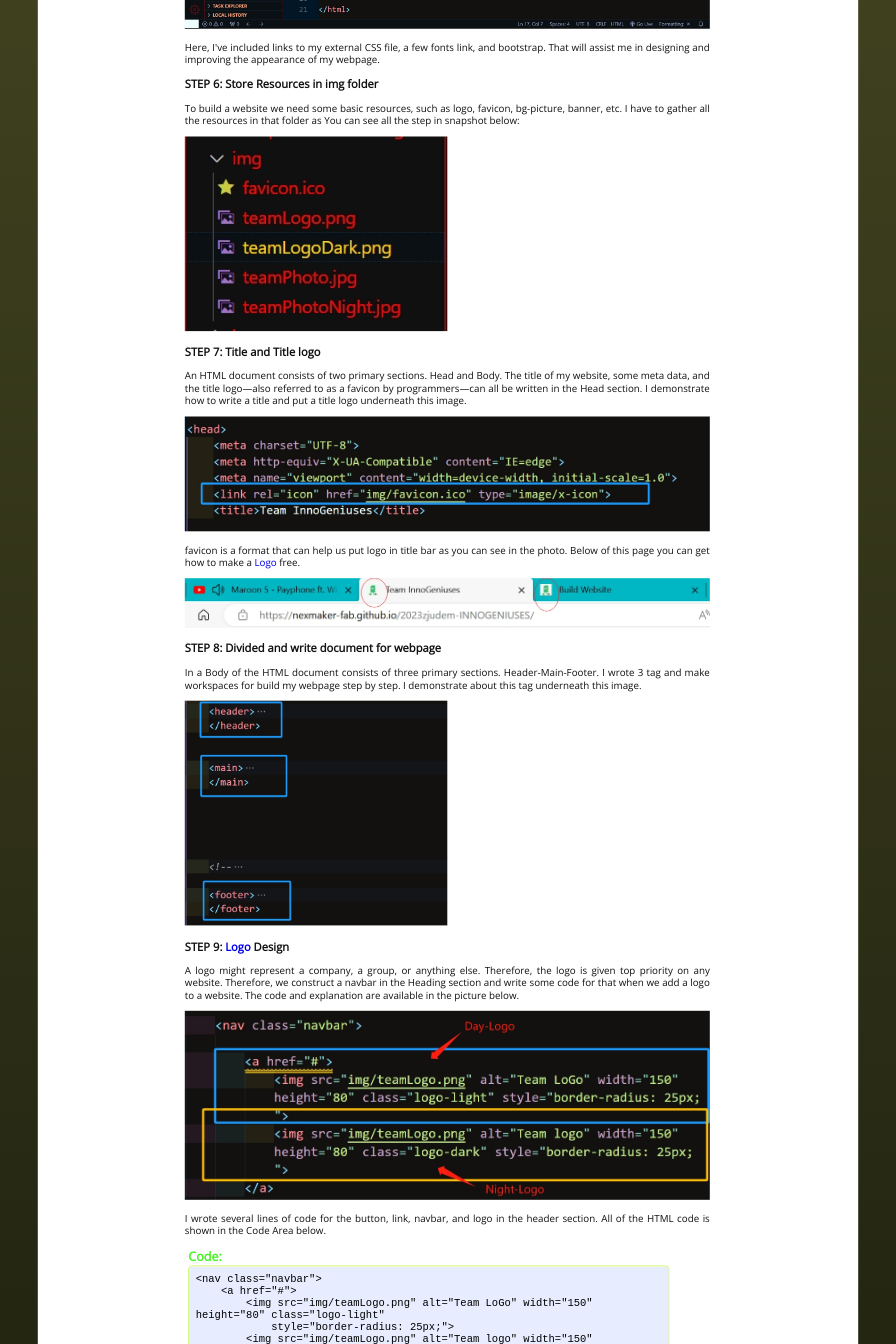
Repository: NexMaker-Fab/2023zjudem-INNOGENIUSES
Page: build web/page1.html
The author's editor kept a copy of each file at every save. The page is drawn from the files as they stood at one save, then again after the next save.
The browser window is 1280 px wide. The pictures show the part of the page from y = 4580 to 6500 px (the page is 12261 px tall), at 70% of full size.
An inner scrolling area shows only its first screen.

Above is the page before, as saved 2023-11-27 23:30:06.

### build web/page1.html
<!DOCTYPE html>
<html lang="en">

<head>
    <meta charset="utf-8">
    <meta http-equiv="X-UA-Compatible" content="IE=edge">
    <link rel="icon" href="img/favicon.ico" type="image/x-icon">
    <title>Build Website</title>
    <meta name="viewport" content="width=device-width, initial-scale=1">
    <!-- <meta name="Description" lang="en" content="open source x/html and css templates"> -->
    <meta name="author" content="mlp design">
    <meta name="robots" content="index, follow">
    <link rel="stylesheet" href="styles.css">
</head>

<body>
    <!--start wrapper-->
    <div id="wrapper">

        <!--start body-->
        <div id="body">

            <!--start header-->
            <div id="banner">
                <h1>HOW TO BUILD <em>WEB</em> </h1>
                <p></p>
                <!-- menu -->
                <label for="show-menu" class="responsive">&#9776;</label>
                <input type="checkbox" id="show-menu" role="button">
                <ul id="topnav">
                    <!-- <li><a class="active">Home</a></li> -->

                </ul>
                <!-- end menu -->
            </div>
            <!--end of header-->
            <!--start sidebar-->
            <div id="sidebar">
                <h2>GitHub</h2>
                <p>GitHub, is a platform and cloud-based service for software development and version control using Git, allowing developers to store and manage their code. It provides the distributed version control of Git plus access control, bug tracking,
                    software feature requests, task management, continuous integration, and wikis for every project. Headquartered in California, it has been a subsidiary of Microsoft since 2018. It is commonly used to host open source software development
                    projects.As of January 2023, GitHub reported having over 100 million developers and more than 372 million repositories, including at least 28 million public repositories.</p>

                <h2>Visual Studio Code</h2>
                <p>Visual Studio Code, also commonly referred to as VS Code,[12] is a source-code editor made by Microsoft with the Electron Framework, for Windows, Linux and macOS.[13] Features include support for debugging, syntax highlighting, intelligent
                    code completion, snippets, code refactoring, and embedded Git. Users can change the theme, keyboard shortcuts, preferences, and install extensions that add functionality. In the Stack Overflow 2023 Developer Survey, Visual Studio Code
                    was ranked the most popular developer environment tool among 86,544 respondents, with 73.71% reporting that they use it. It increased its use among those learning to code versus those developing as a profession (78% vs. 74%). </p>
            </div>
            <div class="clear"></div>
            <!--end of sidebar-->

            <!--start containter-->
            <div id="container">

                <!--start content-->
                <div id="content">
                    <!--post item-->
                    <div class="item">
                        <h3>STEP1: Prepare</h3>
                        <p>Setting up all essential tools for constructing the webpage:</p>

                        <ul>
                            <li><a href="https://git-scm.com/downloads">Git</a></li>
                            <li><a href="https://github.com">GitHub</a> </li>
                            <li><a href="https://desktop.github.com">GitHub desktop</a> </li>
                            <li><a href="https://code.visualstudio.com">VScode</a></li>
                            <li><a href="https://nodejs.org/en/about">Nodejs</a> </li>
                        </ul>

                        <h3>STEP 2: Pointers</h3>
                        <p>Visit <a href="https://github.com">Github</a> to create a repository; if needed, sign up. Once there, make your repository and set it Public so it's accessible to online users. Remember to add a README file—it's the place for a
                            detailed project description.
                        </p>
                        <img src="img/Create Repo 1.png" <figure>
                        <p>
                            <b>Note:</b>In this image repository, the owner is identified as aminal333. However, when working within an organization, the organization's name should be displayed instead.

                        </p>
                        </figure>

                        <img src="img/Create repo 2.png" <figure>
                        <p></p>
                        </figure>

                        <img src="img/git page.jpg" <figure>


                        </figure>

                        <h3>STEP 3: Local Settings</h3>
                        <p>Open GitHub Desktop, clone the repository you've created before, and then proceed to open it in Visual Studio Code.</p>
                        <img src="img/gitclone1.png" <figure>
                        <p> </p>
                        </figure>
                        <img src="img/clone open vs.png" <figure>
                        <p>Access the cloned repository from your local storage system using Visual Studio Code</p>
                        </figure>

                        <!-- Ramiz update-->

                        <h3>STEP 4: Live Server Extension</h3>
                        <p>Go to visual studio extention secsion, search live server and click install it. This extesion help to observe new change on your webpage when you change something in your code. You can see the exension installation image below:
                        </p>
                        <img src="img/Live Server.png" alt="description photo" style="width:100%; height: fit-content;">

                        <h2 style="font-weight: bolder;">How to write the website document</h2>

                        <h3>STEP 5: Make folder and file for writing code to build a website</h3>
                        <p>Open VS Code and open clone repository folder. Create a html file, a css file & a JS file. Create a folder for image resources. After that go to the html file which is named index.html and write some basic html documents. You can
                            see all the step in snapshot below:
                        </p>
                        <img src="img/bw1.png" alt="description photo" style="width:100%; height: fit-content;">
                        <p>
                            Here, I've included links to my external CSS file, a few fonts link, and bootstrap. That will assist me in designing and improving the appearance of my webpage.
                        </p>

                        <h3>STEP 6: Store Resources in img folder</h3>
                        <p>To build a website we need some basic resources, such as logo, favicon, bg-picture, banner, etc. I have to gather all the resources in that folder as You can see all the step in snapshot below:
                        </p>
                        <img src="img/bw2.png" alt="description photo" style="width:50%; height: 100%;">

                        <h3>STEP 7: Title and Title logo</h3>
                        <p>An HTML document consists of two primary sections. Head and Body. The title of my website, some meta data, and the title logo—also referred to as a favicon by programmers—can all be written in the Head section. I demonstrate how
                            to write a title and put a title logo underneath this image.
                        </p>
                        <img src="img/bw3.png" alt="description photo" style="width:100%; height: fit-content;">
                        <p>
                            favicon is a format that can help us put logo in title bar as you can see in the photo. Below of this page you can get how to make a <a href="#logoCreate">Logo</a> free.
                        </p>
                        <img src="img/title logo.png" alt="description photo" style="width:100%; height: 100%;">
                        <h3>STEP 8: Divided and write document for webpage</h3>
                        <p>In a Body of the HTML document consists of three primary sections. Header-Main-Footer. I wrote 3 tag and make workspaces for build my webpage step by step. I demonstrate about this tag underneath this image.
                        </p>
                        <img src="img/bw4.png" alt="description photo" style="width:50%; height:fit-content;">
                        <h3>STEP 9: <a href="#BuildLogo">Logo</a> Design</h3>
                        <p>A logo might represent a company, a group, or anything else. Therefore, the logo is given top priority on any website. Therefore, we construct a navbar in the Heading section and write some code for that when we add a logo to a
                            website. The code and explanation are available in the picture below.
                        </p>
                        <img src="img/bw5.png" alt="description photo" style="width:100%; height:fit-content;">
                        <p>I wrote several lines of code for the button, link, navbar, and logo in the header section. All of the HTML code is shown in the Code Area below.</p>
                        <div class="code-boxes">
                            <div class="code-box codeBox">
                                <div class="topic">Code:</div>
                                <textarea id="codeBox" readonly>
<nav class="navbar">
    <a href="#">
        <img src="img/teamLogo.png" alt="Team LoGo" width="150" height="80" class="logo-light"
            style="border-radius: 25px;">
        <img src="img/teamLogo.png" alt="Team logo" width="150" height="80" class="logo-dark"
            style="border-radius: 25px;">
    </a>

    <div class="btn-group">

        <button class="theme-btn theme-btn-mobile light">
            <ion-icon name="moon" class="moon"></ion-icon>
            <ion-icon name="sunny" class="sun"></ion-icon>
        </button>

        <button class="nav-menu-btn">
            <ion-icon name="menu-outline"></ion-icon>
        </button>

    </div>

    <div class="flex-wrapper">

        <ul class="desktop-nav">

            <li>
                <a href="#home" class="nav-link">Home</a>
            </li>

            <li>
                <a href="#project" class="nav-link">Projects</a>
            </li>

            <li>
                <a href="#contact" class="nav-link">Contact US</a>
            </li>

        </ul>

        <button class="theme-btn theme-btn-desktop light">
            <ion-icon name="moon" class="moon"></ion-icon>
            <ion-icon name="sunny" class="sun"></ion-icon>
        </button>

    </div>

    <div class="mobile-nav">

        <button class="nav-close-btn">
            <ion-icon name="close-outline"></ion-icon>
        </button>

        <div class="wrapper">

            <p class="h3 nav-title">Main Menu</p>

            <ul>
                <li class="nav-item">
                    <a href="#home" class="nav-link">Home</a>
                </li>

                <li class="nav-item">
                    <a href="#project" class="nav-link">Projects</a>
                </li>

                <li class="nav-item">
                    <a href="#contact">Contact Us</a>
                </li>
            </ul>
        </div>
    </div>

</nav>
                            </textarea>
                                <button id="codeButton">Copy Codes</button>
                            </div>
                        </div>
                        <h3>STEP 10: Switch Day/Night Button</h3>
                        <p>These days, day-night mode is a well-known feature of a web.To alter the website's theme and vibe from day to night, I created a switch button within the navigation bar. I've included proof of the code I built to create this day/night
                            switch below.
                        </p>
                        <div class="code-boxes">
                            <div class="code-box codeBox">
                                <div class="topic">Code:</div>
                                <textarea id="codeBox" readonly>
    <div class="btn-group">
    <button class="theme-btn theme-btn-mobile light">
    <ion-icon name="moon" class="moon"></ion-icon>
    <ion-icon name="sunny" class="sun"></ion-icon>
    </button>
    <button class="nav-menu-btn">
    <ion-icon name="menu-outline"></ion-icon>
    </button>
    </div>
                            </textarea>
                                <button id="codeButton">Copy Codes</button>
                            </div>
                        </div>
                        <h3>STEP 10: How to build HomePage Title and Button</h3>
                        <p>I separated the "Home Page" area into two sections: "Documents" and "Team Image." I left-aligned the documents section and wrote our team's name and motto there. Additionally, I created two buttons that can be used to access both
                            our final project and ordinary project.I have included some HTML and CSS code below to help you grasp the concepts.
                        </p>
                        <div class="code-boxes">
                            <div class="code-box codeBox">
                                <div class="topic">HTML Code:</div>
                                <textarea id="codeBox" readonly>
<div class="left">

    <h1 class="h1">
        Hi, We're <b>Team&nbsp;InnoGeniuses</b>.
        <br>at Zju,NB
    </h1>

    <p class="h3">
        Your problems <abbr title="Accessibility">is</abbr> our opportunity
    </p>

    <div class="btn-group">
        <a href="#project" class="btn btn-primary">Project</a>
        <a href="#contact" class="btn btn-secondary">About us</a>
    </div>

</div>
                            </textarea>
                                <button id="codeButton">Copy Codes</button>
                            </div>
                        </div>
                        <div class="code-boxes">
                            <div class="code-box codeBox">
                                <div class="topic">CSS Code:</div>
                                <textarea id="codeBox" readonly>
CSS part
//Design for Home page button and text

.hero {
background: var(--background-primary);
padding-top: 2rem;
padding-bottom: var(--py);
text-align: center;
}
.hero .h1 {
margin-bottom: 1rem;
line-height: 1.6;
}
 .hero b {
 color: var(--accent);
font-weight: inherit;
}
.hero .h3 {
color: var(--foreground-secondary);
margin-bottom: 2rem;
}
.hero .btn-group {
display: flex;
justify-content: center;
flex-wrap: wrap;
text-align: center;
 }
.hero .right {
display: none;
}
                            </textarea>
                                <button id="codeButton">Copy Codes</button>
                            </div>
                        </div>

                        <h3>STEP 4: How to collaborate with team</h3>
                        <h4>1.Inviting a team or person</h4>
                        <p>Phase 1: Request the username of the individual you're inviting to collaborate.</p>

                        <img src="img/AA.png" <figure>
                        <p> Under your repository name, click Settings, If you cannot see the "Settings" tab, select the dropdown menu, then click Settings.<br> In the "Access" section of the sidebar, click Collaborators and teams as displayed </p>
                        </figure>
                        <img src="img/BB.png" <figure>
                        <p>To the right of "Manage access", click Add people or Add teams and In the search field, start typing the name of the team or person to invite, then click a name in the list of matches.
                        </p>
                        </figure>
                        <img src="img/CC.png" <figure>
                        <p>In the search field, start typing the name of the team or person to invite, then click a name in the list of matches.</p>
                        </figure>
                        <img src="img/DD.png" <figure>
                        <p> Under "Choose a role", select the repository role to grant to the team or person</p>
                        </figure>
                        <img src="img/EE.png" <figure>
                        <p>Under "Manage access", next to the team or person whose access you'd like to remove, click Remove
                        </p>
                        </figure>
                        <img src="img/FF.png" <figure>
                        <p>Using this search box, you can easily find your team member</p>
                        </figure>

                    </div>
                    <!--another post item-->

                    <!--end of another post item-->
                </div>
                <!--end of content-->

            </div>
            <!--end of container-->

        </div>
        <!--end of body-->

        <!--start footer-->
        <div id="footer">
            <span class="left">2023 &copy; Copyright <a href="#">Allcode</a>. All rights reserved.</span>
            <p class="show-footer">2023 &copy; Copyright <a href="#">InnoGeniuses</a>. All rights reserved.<br /><a href="#">Contact</a> | </p>
        </div>
        <!--end of footer-->

    </div>
    <!--end of wrapper-->

    <!--start credits-->
    <!--//Under CC-NC 3.0, this portion must be left intact and must not be hidden.//-->
    <div id="credits">
        <span><a href="#" title="CSS &amp; ">CSS &amp; HTML</a> by InnoGeniuses<br />IDE@ZJU
    </div>
    <!--end of credits-->

</body>

</html>

<script>
    // Code BOx JS Code
    let codeBox = document.getElementById("codeBox");
    let codeButton = document.getElementById("codeButton");
    codeButton.onclick = function () {
        codeBox.select();
        document.execCommand("copy");
        codeButton.innerText = "Codes Copied";
    };
</script>

Loaded but not shown: build web/styles.css (496 lines, source omitted)

After the next save:
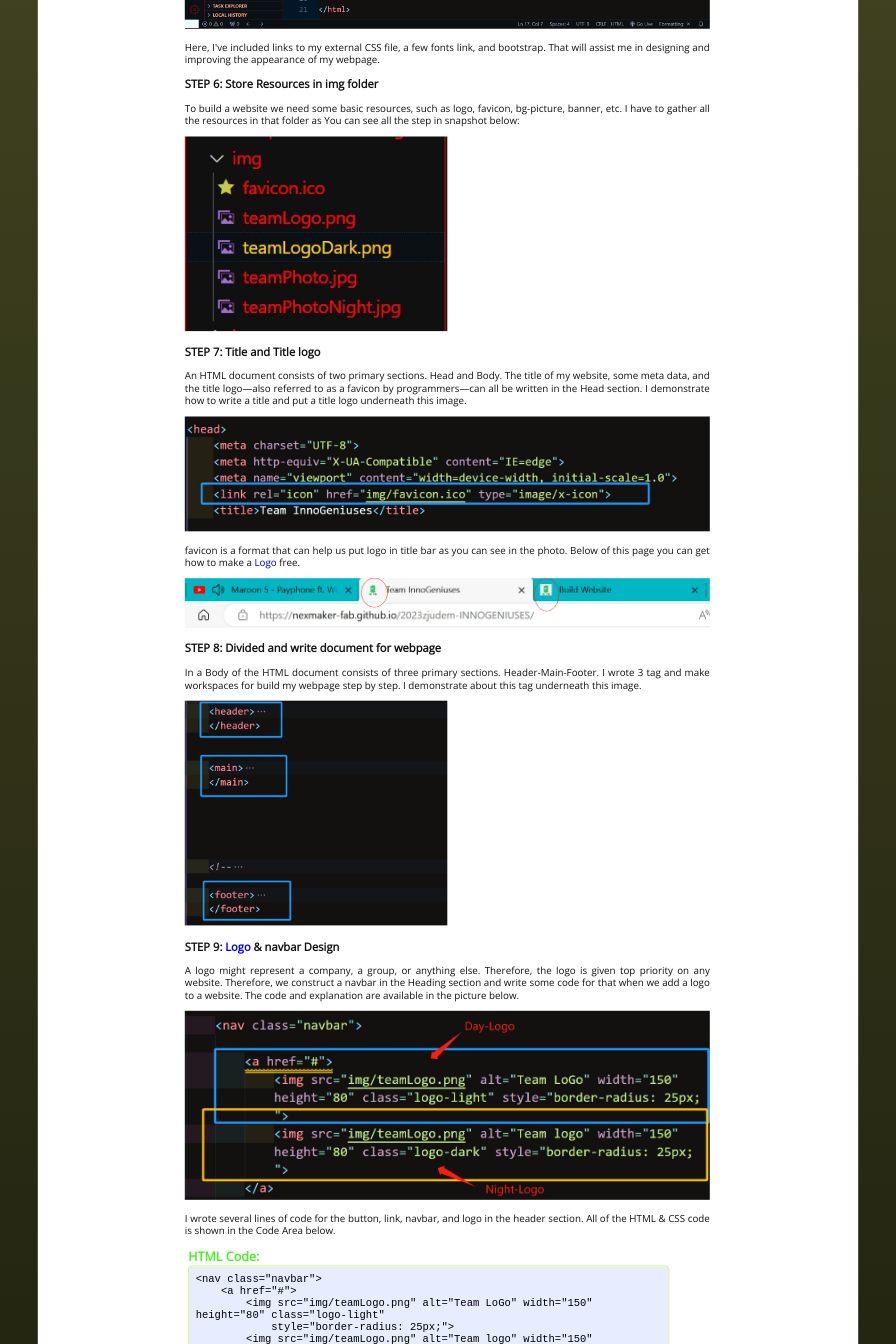
Saved 107 s later.
--- a/build web/page1.html
+++ b/build web/page1.html
@@ -132,15 +132,15 @@
                         <p>In a Body of the HTML document consists of three primary sections. Header-Main-Footer. I wrote 3 tag and make workspaces for build my webpage step by step. I demonstrate about this tag underneath this image.
                         </p>
                         <img src="img/bw4.png" alt="description photo" style="width:50%; height:fit-content;">
-                        <h3>STEP 9: <a href="#BuildLogo">Logo</a> Design</h3>
+                        <h3>STEP 9: <a href="#BuildLogo">Logo</a> & navbar Design</h3>
                         <p>A logo might represent a company, a group, or anything else. Therefore, the logo is given top priority on any website. Therefore, we construct a navbar in the Heading section and write some code for that when we add a logo to a
                             website. The code and explanation are available in the picture below.
                         </p>
                         <img src="img/bw5.png" alt="description photo" style="width:100%; height:fit-content;">
-                        <p>I wrote several lines of code for the button, link, navbar, and logo in the header section. All of the HTML code is shown in the Code Area below.</p>
+                        <p>I wrote several lines of code for the button, link, navbar, and logo in the header section. All of the HTML & CSS code is shown in the Code Area below.</p>
                         <div class="code-boxes">
                             <div class="code-box codeBox">
-                                <div class="topic">Code:</div>
+                                <div class="topic">HTML Code:</div>
                                 <textarea id="codeBox" readonly>
 <nav class="navbar">
     <a href="#">
